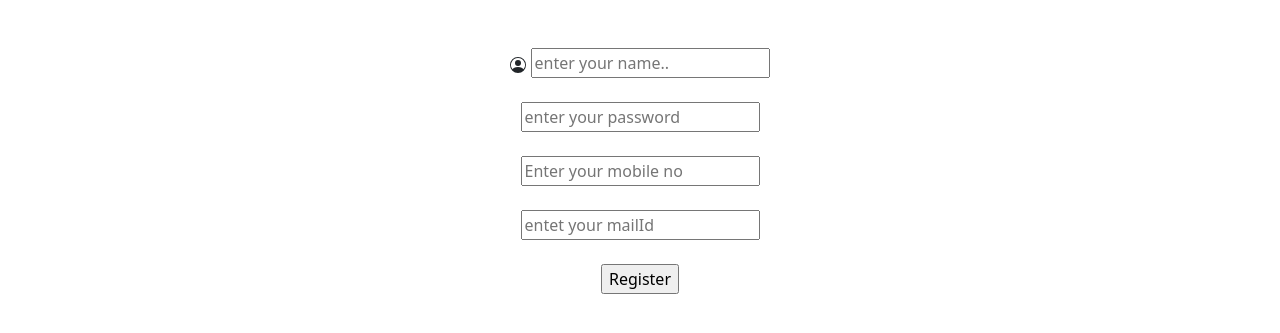
Repository: bpgujjari/Java-Logics
Page: conditional and looping programs/RathanSir/Project-K/src/main/webapp/regstration.html
The author's editor kept a copy of each file at every save. The page is drawn from the files as they stood at one save, then again after the next save.
The browser window is 1280 px wide. The pictures show the whole page.

Above is the page before, as saved 2023-03-12 12:18:57.

### conditional and looping programs/RathanSir/Project-K/src/main/webapp/regstration.html
<!DOCTYPE html>
<html>
<head>
<meta charset="ISO-8859-1">
<title>Insert title here</title>
<link href="https://cdn.jsdelivr.net/npm/bootstrap@5.3.0-alpha1/dist/css/bootstrap.min.css" rel="stylesheet" integrity="sha384-GLhlTQ8iRABdZLl6O3oVMWSktQOp6b7In1Zl3/Jr59b6EGGoI1aFkw7cmDA6j6gD" crossorigin="anonymous">
<script src="https://cdn.jsdelivr.net/npm/bootstrap@5.3.0-alpha1/dist/js/bootstrap.bundle.min.js" integrity="sha384-w76AqPfDkMBDXo30jS1Sgez6pr3x5MlQ1ZAGC+nuZB+EYdgRZgiwxhTBTkF7CXvN" crossorigin="anonymous"></script>
</head>
<body bgcolor="pink" style="text-align: center;" >
<form method="post" action="RegServlet" ><br><br>
<svg xmlns="http://www.w3.org/2000/svg" width="16" height="16" fill="currentColor" class="bi bi-person-circle" viewBox="0 0 16 16">
  <path d="M11 6a3 3 0 1 1-6 0 3 3 0 0 1 6 0z"/>
  <path fill-rule="evenodd" d="M0 8a8 8 0 1 1 16 0A8 8 0 0 1 0 8zm8-7a7 7 0 0 0-5.468 11.37C3.242 11.226 4.805 10 8 10s4.757 1.225 5.468 2.37A7 7 0 0 0 8 1z"/>
</svg>
<input type="text" name="name" placeholder="enter your name.."><br><br>
<input type="password" name="password" placeholder="enter your password"><br><br>
<input type="number" name="number" placeholder="Enter your mobile no"><br><br>
<input type="email" name="email" placeholder="entet your mailId"><br><br>
<input type="submit" value="Register">
</form>
</body>
</html>

After the next save:
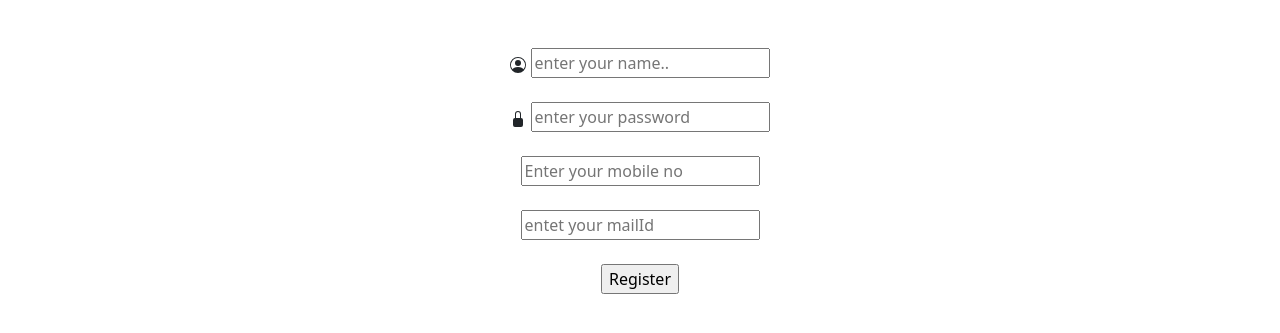
Saved 2 min 16 s later.
--- a/conditional and looping programs/RathanSir/Project-K/src/main/webapp/regstration.html
+++ b/conditional and looping programs/RathanSir/Project-K/src/main/webapp/regstration.html
@@ -13,6 +13,9 @@
   <path fill-rule="evenodd" d="M0 8a8 8 0 1 1 16 0A8 8 0 0 1 0 8zm8-7a7 7 0 0 0-5.468 11.37C3.242 11.226 4.805 10 8 10s4.757 1.225 5.468 2.37A7 7 0 0 0 8 1z"/>
 </svg>
 <input type="text" name="name" placeholder="enter your name.."><br><br>
+<svg xmlns="http://www.w3.org/2000/svg" width="16" height="16" fill="currentColor" class="bi bi-lock-fill" viewBox="0 0 16 16">
+  <path d="M8 1a2 2 0 0 1 2 2v4H6V3a2 2 0 0 1 2-2zm3 6V3a3 3 0 0 0-6 0v4a2 2 0 0 0-2 2v5a2 2 0 0 0 2 2h6a2 2 0 0 0 2-2V9a2 2 0 0 0-2-2z"/>
+</svg>
 <input type="password" name="password" placeholder="enter your password"><br><br>
 <input type="number" name="number" placeholder="Enter your mobile no"><br><br>
 <input type="email" name="email" placeholder="entet your mailId"><br><br>
